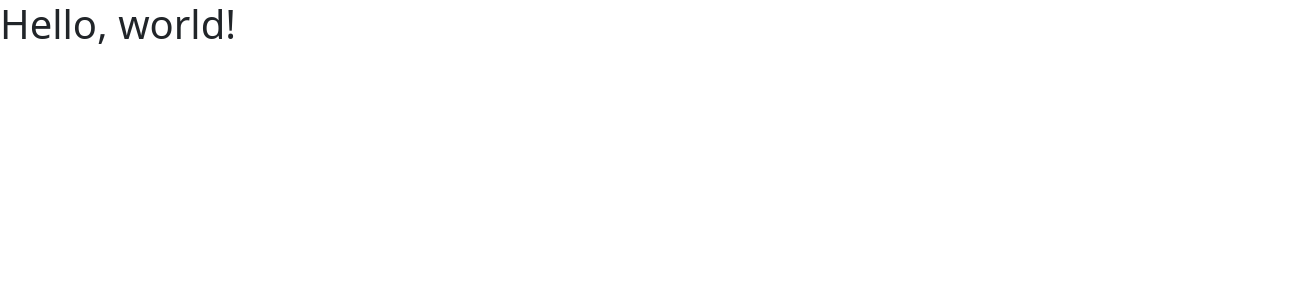
Repository: Reshu70/dental
Page: css/about.html
An editor plug-in stored every save of this project. The page is shown before and after the next save, followed by the edit.
The browser window is 1280 px wide. The page is 1280 px wide, then 1292 px, so the pictures cover 1292 px, including what lies to the right of the window. The pictures show the whole page.

Above is the page before, as saved 2024-06-05 16:49:16.

### css/about.html
<!doctype html>
<html lang="en">
  <head>
    <!-- Required meta tags -->
    <meta charset="utf-8">
    <meta name="viewport" content="width=device-width, initial-scale=1">

    <!-- Bootstrap CSS -->
    <link href="https://cdn.jsdelivr.net/npm/bootstrap@5.0.2/dist/css/bootstrap.min.css" rel="stylesheet" integrity="sha384-EVSTQN3/azprG1Anm3QDgpJLIm9Nao0Yz1ztcQTwFspd3yD65VohhpuuCOmLASjC" crossorigin="anonymous">

    <title>Hello, world!</title>
    <style>
        <style>
            ul {
                list-style-type: none;
                margin: 0;
                padding: 0;
                overflow: hidden;

              }

              li {
                float: left;
              }
              /*topnav css*/
              .topnav a.split {
            float: right;
            color: white;
          }
    /*inner footer css*/
        .footer-list {
          list-style-type: none;
          padding: 0;
          margin: 0;
          display: flex;
          flex-wrap: wrap;
          justify-content: space-between;
          align-items: center;
      }
      .footer-list li {
          margin: 8px 0;
      }
            </style>


    </style>
  </head>
  <body>

    <h1>Hello, world!</h1>

    <!-- Optional JavaScript; choose one of the two! -->

    <!-- Option 1: Bootstrap Bundle with Popper -->
    <script src="https://cdn.jsdelivr.net/npm/bootstrap@5.0.2/dist/js/bootstrap.bundle.min.js" integrity="sha384-MrcW6ZMFYlzcLA8Nl+NtUVF0sA7MsXsP1UyJoMp4YLEuNSfAP+JcXn/tWtIaxVXM" crossorigin="anonymous"></script>

    <!-- Option 2: Separate Popper and Bootstrap JS -->
    <!--
    <script src="https://cdn.jsdelivr.net/npm/@popperjs/core@2.9.2/dist/umd/popper.min.js" integrity="sha384-IQsoLXl5PILFhosVNubq5LC7Qb9DXgDA9i+tQ8Zj3iwWAwPtgFTxbJ8NT4GN1R8p" crossorigin="anonymous"></script>
    <script src="https://cdn.jsdelivr.net/npm/bootstrap@5.0.2/dist/js/bootstrap.min.js" integrity="sha384-cVKIPhGWiC2Al4u+LWgxfKTRIcfu0JTxR+EQDz/bgldoEyl4H0zUF0QKbrJ0EcQF" crossorigin="anonymous"></script>
    -->
  </body>
</html>

After the next save:
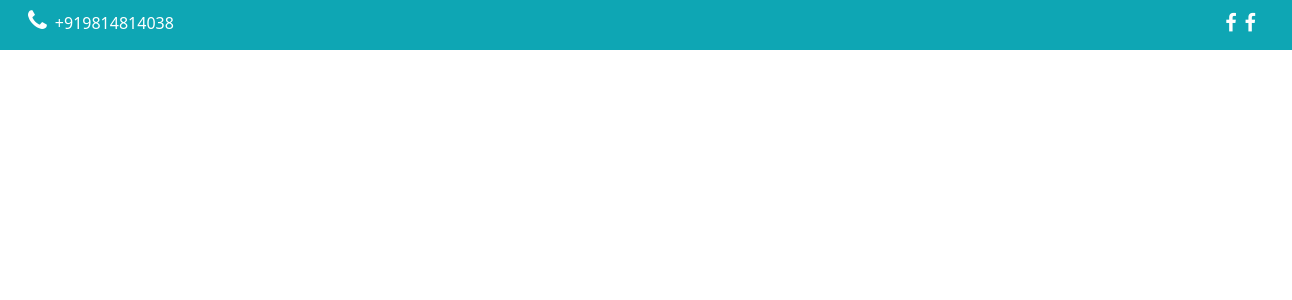
Saved 95 s later.
--- a/css/about.html
+++ b/css/about.html
@@ -8,8 +8,12 @@
     <!-- Bootstrap CSS -->
     <link href="https://cdn.jsdelivr.net/npm/bootstrap@5.0.2/dist/css/bootstrap.min.css" rel="stylesheet" integrity="sha384-EVSTQN3/azprG1Anm3QDgpJLIm9Nao0Yz1ztcQTwFspd3yD65VohhpuuCOmLASjC" crossorigin="anonymous">
 
+     <!-- icon libaray -->
+
+   <link rel="stylesheet" href="https://cdnjs.cloudflare.com/ajax/libs/font-awesome/4.7.0/css/font-awesome.min.css">
+
+
     <title>Hello, world!</title>
-    <style>
         <style>
             ul {
                 list-style-type: none;
@@ -41,13 +45,26 @@
           margin: 8px 0;
       }
             </style>
-
-
-    </style>
   </head>
   <body>
 
-    <h1>Hello, world!</h1>
+ <!--topnav bar-->
+
+ <div class="row text-white" style="height: 50px; background-color:rgb(14,166,180)">
+    <div class="col-md-12 col-sm-12">
+      <div class="topnav" style="padding-left: 20px; padding-right:20px;">
+        <a
+                  ><i class="mt-2 m-2 fa fa-phone" style="font-size: 24px"></i
+                  >+919814814038</a
+                >
+        <a href="#">
+        <a href="#about" class="split m-1 pt-2"><i class="fa fa-facebook-f" style="font-size:20px;color:white;"></i></a></a>
+        <a href="#about" class="split m-1 pt-2"><i class="fa fa-facebook-f" style="font-size:20px;color:white;"></i></a></a>
+        </div>
+    </div>
+  </div>
+<!--nav bar-->
+
 
     <!-- Optional JavaScript; choose one of the two! -->
 
